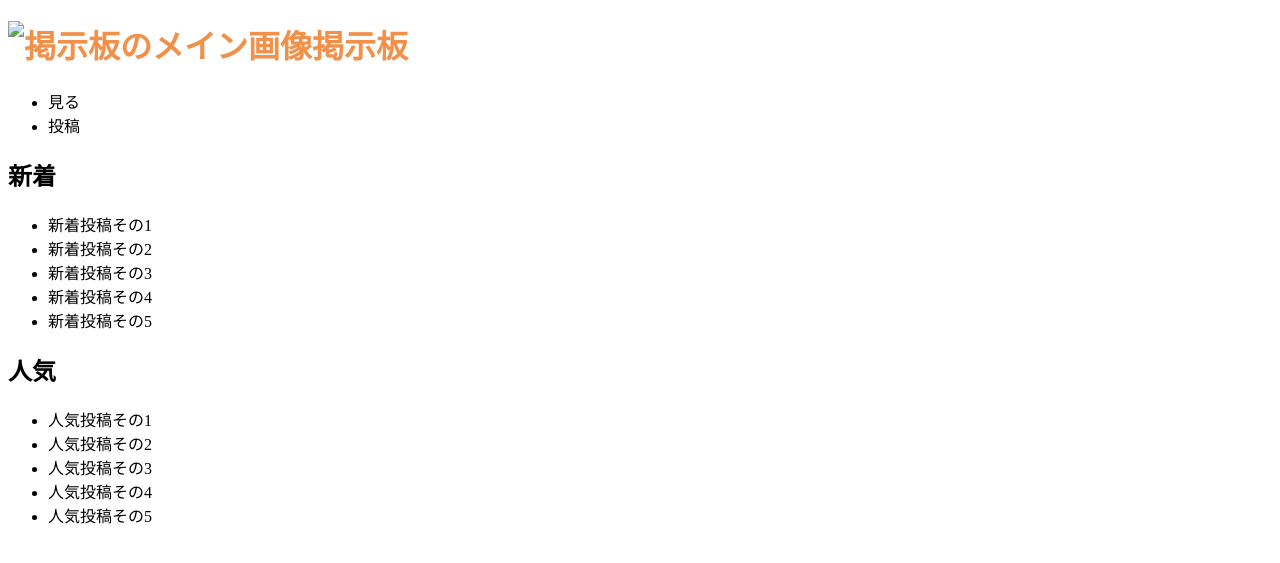
Repository: KustomApe/LandorusInc
Page: index.html
These files come from the project's save history. The page is drawn as it stood at one moment and after the next save; the edit follows.
The browser window is 1280 px wide. The pictures show the whole page.

Above is the page before, as saved 2021-07-24 12:38:38.

### index.html
<!DOCTYPE html>
<html lang="ja">
<head>
    <meta charset="UTF-8">
    <meta http-equiv="X-UA-Compatible" content="IE=edge">
    <meta name="viewport" content="width=device-width, initial-scale=1.0">
    <title>掲示板</title>
    <link rel="stylesheet" href="./css/style.css">
</head>
<body>
<div id="wrap">
    <h1><img src="" alt="掲示板のメイン画像">掲示板</h1>
    <div class="contents">
        <ul>
            <li>見る</li>
            <li>投稿</li>
        </ul>
        <h2>新着</h2>
        <ul>
            <li>新着投稿その1</li>
            <li>新着投稿その2</li>
            <li>新着投稿その3</li>
            <li>新着投稿その4</li>
            <li>新着投稿その5</li>
        </ul>
        <h2>人気</h2>
        <ul>
            <li>人気投稿その1</li>
            <li>人気投稿その2</li>
            <li>人気投稿その3</li>
            <li>人気投稿その4</li>
            <li>人気投稿その5</li>
        </ul>
    </div>
</div>
</body>
</html>

### css/style.css
@charset "utf-8";

h1 {
    color: #F19049;
}

After the next save:
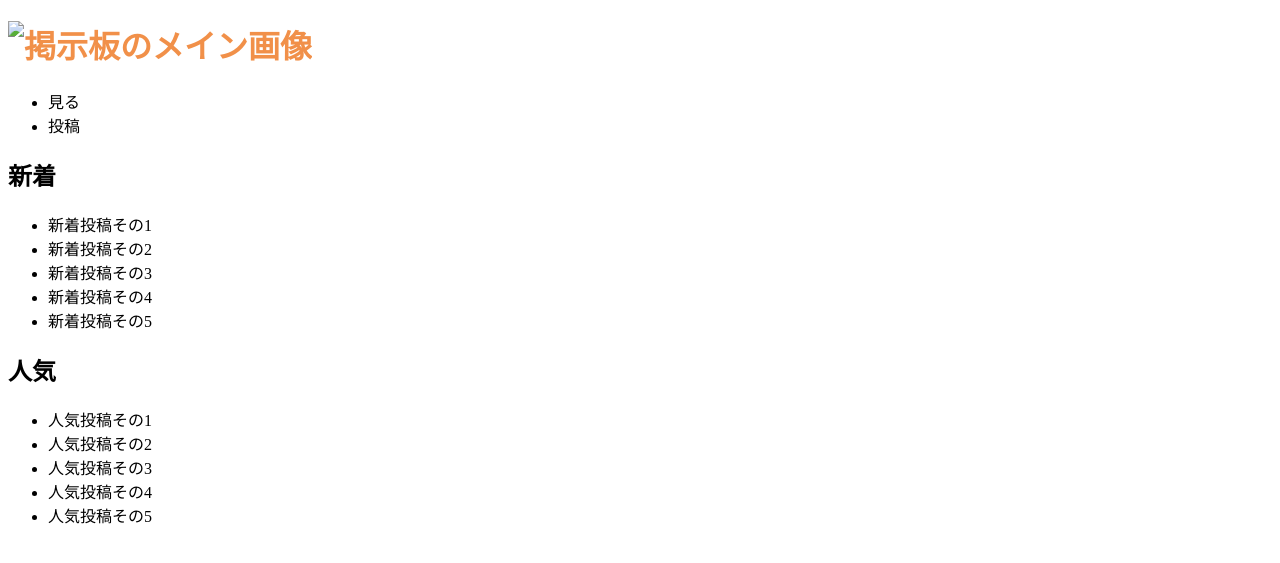
Saved 7 min 7 s later.
--- a/index.html
+++ b/index.html
@@ -9,7 +9,7 @@
 </head>
 <body>
 <div id="wrap">
-    <h1><img src="" alt="掲示板のメイン画像">掲示板</h1>
+    <h1><img src="" alt="掲示板のメイン画像"></h1>
     <div class="contents">
         <ul>
             <li>見る</li>
